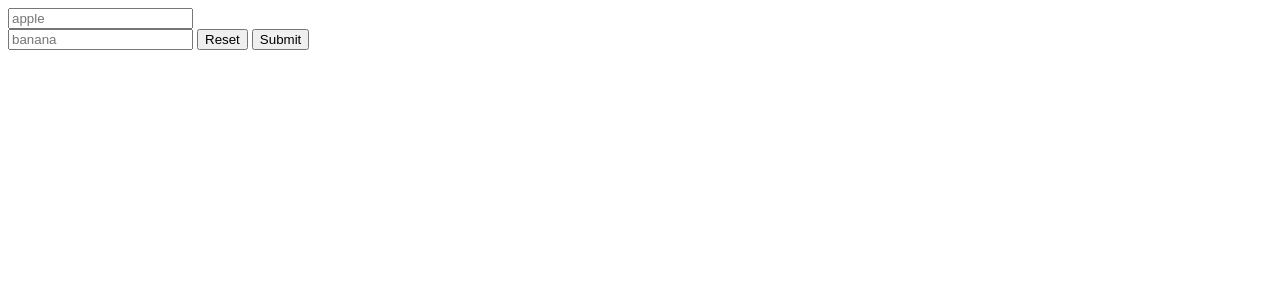
Repository: mickey530/jsp_practice
Page: http://localhost/JSPBasic/JspObject/1.requests/req_param_send.jsp
An editor plug-in stored every save of this project. The page is shown before and after the next save, followed by the edit.
The browser window is 1280 px wide. The pictures show the whole page.
The page is served by Tomcat 9.

Above is the page before, as saved 2022-02-03 05:50:29.

### JSPBasic/src/main/webapp/JspObject/1.requests/req_param_send.jsp
<%@ page language="java" contentType="text/html; charset=UTF-8"
    pageEncoding="UTF-8"%>
<!DOCTYPE html>
<html>
<head>
<meta charset="UTF-8">
<title>Insert title here</title>
</head>
<body>
<%-- 아래에 form을 만들고 내부에 input 4개를 만들어주세요.
input 태그의 type속성은 하나는 text, 하나는 password
name 속성은 하나는 apple, 하나는 banana로 해 주세요.
reset버튼과 submit버튼도 각각 하나씩 만들어주세요.

form의 action이 바로 목적지를 적는 부분임.
웹개발에서는 받을 페이지 화면의 주소를 적어줍니다. --%>

<form action="req_param_getpost.jsp" method="get">
	<input type="text" name="apple" placeholder="apple" /><br/>
	<input type="password" name="banana" placeholder="banana" />
	<input type="reset" />
	<input type="submit" />
</form>
</body>
</html>

After the next save:
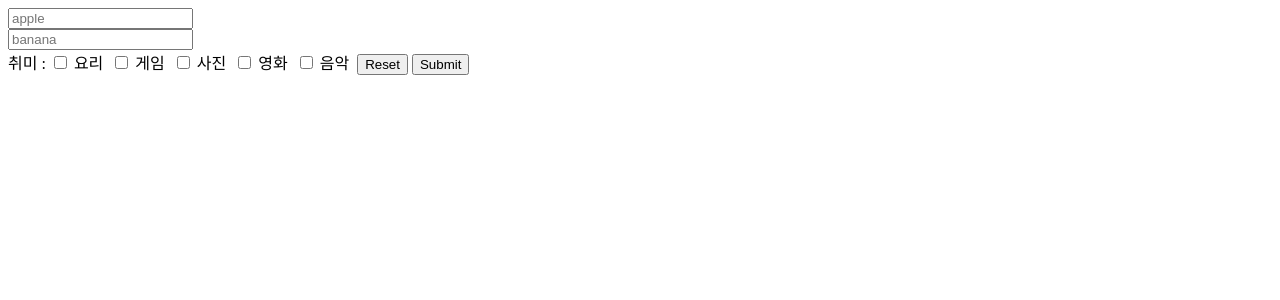
Saved 16 min 25 s later.
--- a/JSPBasic/src/main/webapp/JspObject/1.requests/req_param_send.jsp
+++ b/JSPBasic/src/main/webapp/JspObject/1.requests/req_param_send.jsp
@@ -17,7 +17,15 @@
 
 <form action="req_param_getpost.jsp" method="get">
 	<input type="text" name="apple" placeholder="apple" /><br/>
-	<input type="password" name="banana" placeholder="banana" />
+	<input type="password" name="banana" placeholder="banana" /><br/>
+
+	취미 :
+	<input type="checkbox" name="hobby"> 요리&nbsp;
+	<input type="checkbox" name="hobby"> 게임&nbsp;
+	<input type="checkbox" name="hobby"> 사진&nbsp;
+	<input type="checkbox" name="hobby"> 영화&nbsp;
+	<input type="checkbox" name="hobby"> 음악&nbsp;
+
 	<input type="reset" />
 	<input type="submit" />
 </form>
